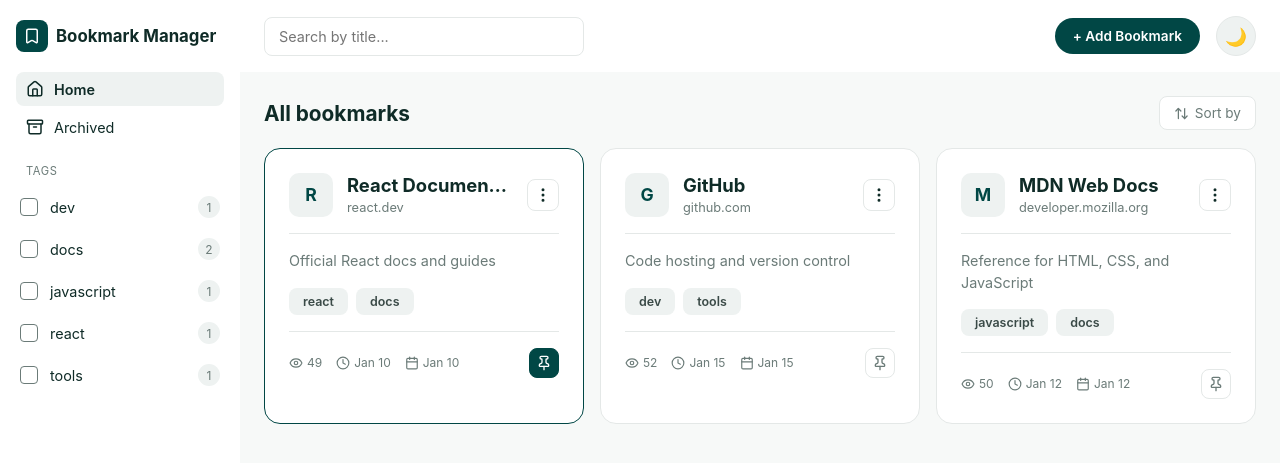
Repository: K0k1M4r/Big-Game-React
Page: /
The author's editor kept a copy of each file at every save. The page is drawn from the files as they stood at one save, then again after the next save.
The browser window is 1280 px wide. The pictures show the whole page.
The project was rebuilt for these pictures with package versions that can differ from the ones it lists, and the page was loaded fresh each time. Also part of the build but not shown: vite.config.js, src/components/Modal.jsx, src/components/BookmarkForm.jsx, src/components/ConfirmModal.jsx.

Above is the page before, as saved 2026-10-02 19:59:23.

After the next save:
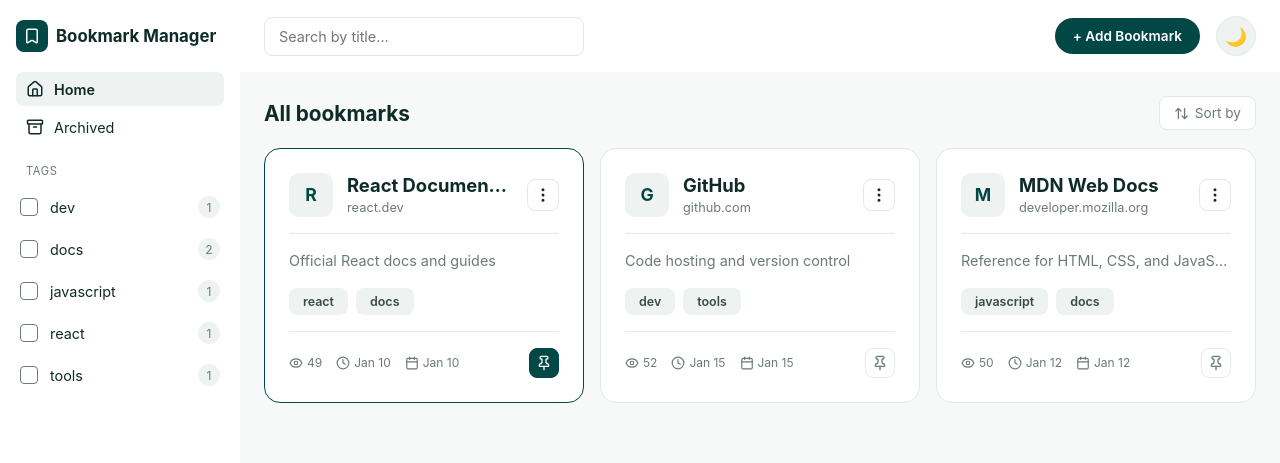
Saved 6 min 49 s later.
--- a/src/index.css
+++ b/src/index.css
@@ -488,10 +488,9 @@
   font-size: 0.9rem;
   color: var(--muted-text);
   line-height: 1.5;
-  display: -webkit-box;
-  -webkit-line-clamp: 2;
-  -webkit-box-orient: vertical;
+  white-space: nowrap;
   overflow: hidden;
+  text-overflow: ellipsis;
 }
 
 .tag-list {
